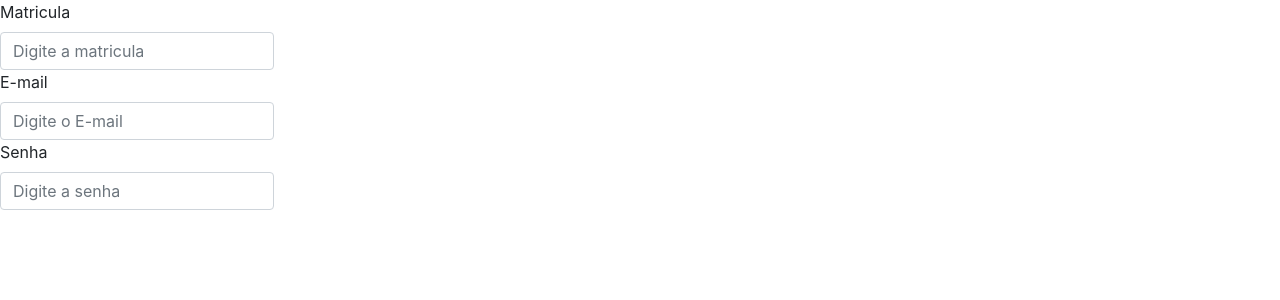
Repository: gabrielfeliphe/AssistenciaTecnica
Page: PI-AssistenciaTecnica/WebContent/pages/adm/cadastro_funcionario.html
These files come from the project's save history. The page is drawn as it stood at one moment and after the next save; the edit follows.
The browser window is 1280 px wide. The pictures show the whole page.

Above is the page before, as saved 2021-10-12 06:04:20.
Console error: TypeError: Cannot read properties of undefined (reading 'fn')

After the next save:
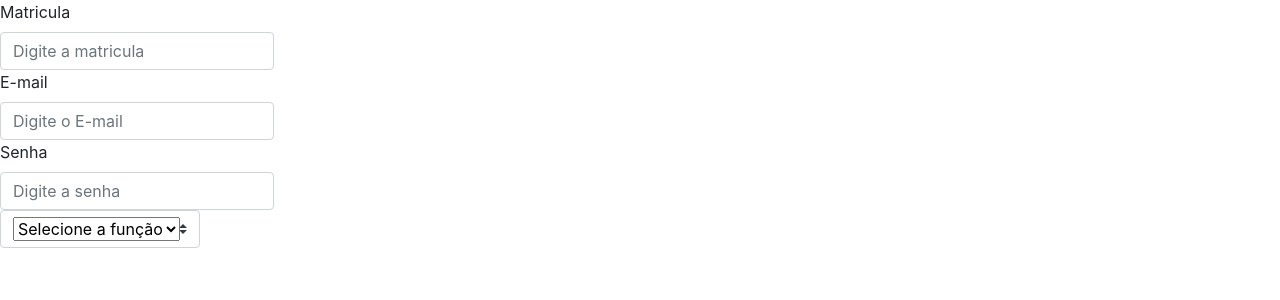
Saved 2 min 8 s later.
--- a/PI-AssistenciaTecnica/WebContent/pages/adm/cadastro_funcionario.html
+++ b/PI-AssistenciaTecnica/WebContent/pages/adm/cadastro_funcionario.html
@@ -20,6 +20,16 @@
 		 	 <input type="email" class="form-control"  placeholder="Digite o E-mail">
 		 	 <label>Senha</label>
 		 	 <input type="password" class="form-control"  placeholder="Digite a senha">
+			  <div class="custom-select" style="width:200px;">
+				  <select>
+				    <option value="0">Selecione a função</option>
+				    <option value="1">Administrador</option>
+				    <option value="2">Recepção</option>
+				    <option value="3">Manutenção</option>
+				    <option value="4">Almoxarife</option>
+
+	 			 </select>
+			</div>
 		</form>
 	</div>
 
